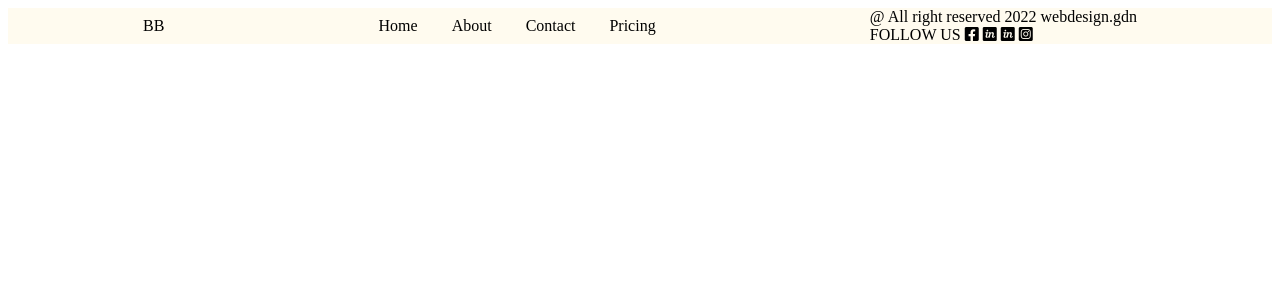
Repository: ngocphuocha/4lifeteam-marketing-agency
Page: index.html
An editor plug-in stored every save of this project. The page is shown before and after the next save, followed by the edit.
The browser window is 1280 px wide. The pictures show the whole page.

Above is the page before, as saved 2023-03-13 16:07:36.

After the next save:
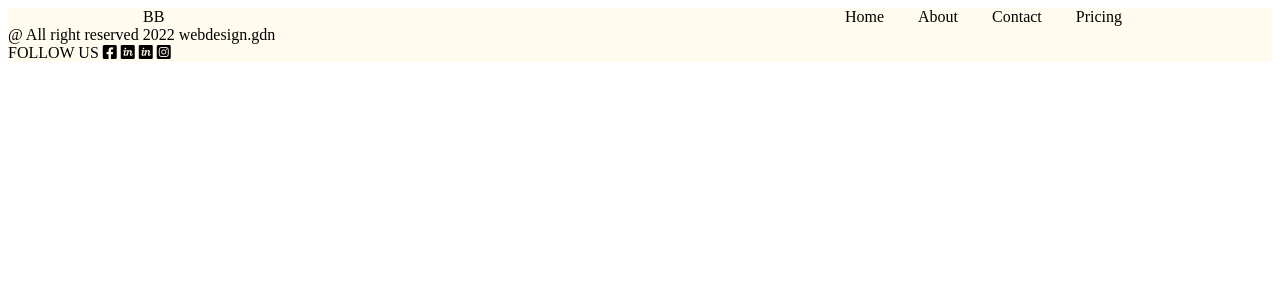
Saved 32 s later.
--- a/index.html
+++ b/index.html
@@ -27,18 +27,18 @@
               <span>Contact</span>
               <span>Pricing</span>
             </div>
+          </div>
           <div class="footer">
-              <div class="text-left">
-                <span>@ All right reserved 2022 webdesign.gdn</span>
-              </div>
-              <div class="text-right">
-                <span>FOLLOW US</span>
-                <i class="fab fa-facebook-square"></i>
-                <i class="fab fa-invision"></i>
-                <i class="fab fa-invision"></i>
-                <i class="fab fa-instagram-square"></i>
-              </div>
-          </div>
+            <div class="text-left">
+              <span>@ All right reserved 2022 webdesign.gdn</span>
+            </div>
+            <div class="text-right">
+              <span>FOLLOW US</span>
+              <i class="fab fa-facebook-square"></i>
+              <i class="fab fa-invision"></i>
+              <i class="fab fa-invision"></i>
+              <i class="fab fa-instagram-square"></i>
+            </div>
           </div>
           <!-- <div class="list-left">
             <a>dsadsa</a>
